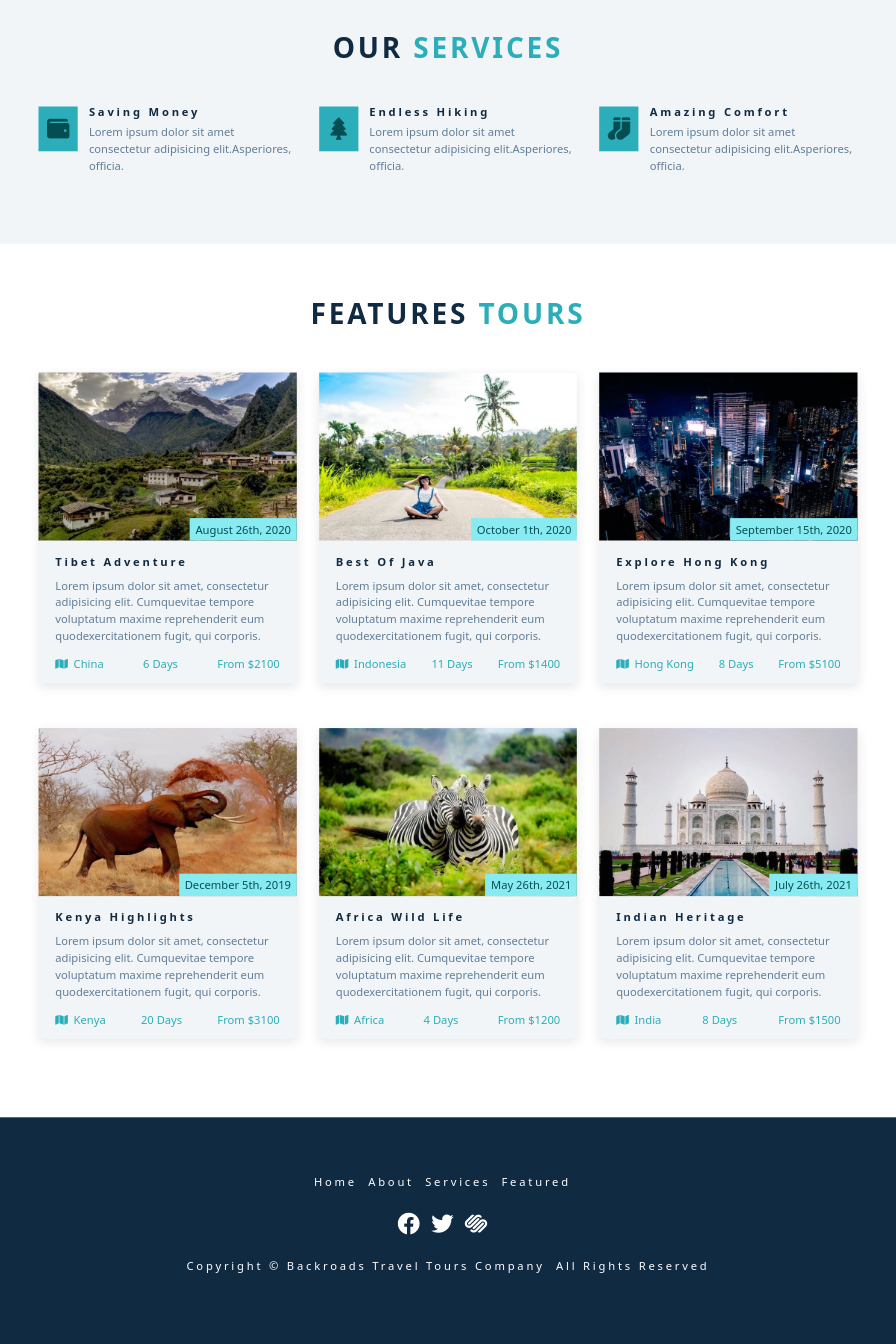
Repository: shivyank121/backRoad-app
Page: /
These files come from the project's save history. The page is drawn as it stood at one moment and after the next save; the edit follows.
The browser window is 1280 px wide. The pictures show the part of the page from y = 1443 to 3363 px (the page is 3363 px tall), at 70% of full size.
Some web libraries are served in a nearby version. The project was rebuilt for these pictures with package versions that can differ from the ones it lists, and the page was loaded fresh each time.

Above is the page before, as saved 2023-08-21 01:43:43.

### public/index.html
<!DOCTYPE html>
<html lang="en">
  <head>
    <meta charset="utf-8" />
    <link rel="icon" href="%PUBLIC_URL%/favicon.ico" />
    <meta name="viewport" content="width=device-width, initial-scale=1" />
    <meta name="theme-color" content="#000000" />
    <meta
      name="description"
      content="Web site created using create-react-app"
    />
    <link rel="apple-touch-icon" href="%PUBLIC_URL%/logo192.png" />
    <!--
      manifest.json provides metadata used when your web app is installed on a
      user's mobile device or desktop. See https://developers.google.com/web/fundamentals/web-app-manifest/
    -->
    <link rel="manifest" href="%PUBLIC_URL%/manifest.json" />
    <!--
      Notice the use of %PUBLIC_URL% in the tags above.
      It will be replaced with the URL of the `public` folder during the build.
      Only files inside the `public` folder can be referenced from the HTML.

      Unlike "/favicon.ico" or "favicon.ico", "%PUBLIC_URL%/favicon.ico" will
      work correctly both with client-side routing and a non-root public URL.
      Learn how to configure a non-root public URL by running `npm run build`.
    -->

    <link
    rel="stylesheet"
    href="https://cdnjs.cloudflare.com/ajax/libs/font-awesome/5.12.0/css/all.min.css"
    integrity="sha512-c93ifPoTvMdEJH/rKIcBx//AL1znq9+4/RmMGafI/vnTFe/dKwnn1uoeszE2zJBQTS1Ck5CqSBE+34ng2PthJg=="
    crossorigin="anonymous"
    referrerpolicy="no-referrer"
  />

    <title>Backroad </title>
  </head>
  <body>
    <noscript>You need to enable JavaScript to run this app.</noscript>
    <div id="root"></div>
    <!--
      This HTML file is a template.
      If you open it directly in the browser, you will see an empty page.

      You can add webfonts, meta tags, or analytics to this file.
      The build step will place the bundled scripts into the <body> tag.

      To begin the development, run `npm start` or `yarn start`.
      To create a production bundle, use `npm run build` or `yarn build`.
    -->
  </body>
</html>

### src/App.js
import { About } from "./components/About";
import { Footer } from "./components/Footer";
import { Hero } from "./components/Hero";
import { Navbar } from "./components/Navbar";
import { Services } from "./components/Services";
import { Tours } from "./components/Tours";

function App() {
  return (
    <>
      <Navbar />
      <Hero />
      <About />
      <Services />
      <Tours />
      <Footer />
    </>
  );
}

export default App;

### src/components/About.js
import React from 'react'
import aboutImg from "../images/about.jpeg"
import Title from './Title'

export const About = () => {
  return (

    <section className="section" id="about">

        <Title title='about' subtitle='us' />

      <div className="section-center about-center">
        <div className="about-img">
          <img
            src={aboutImg}
            className="about-photo"
            alt="awesome beach"
          />
        </div>
        <article className="about-info">
          <h3>explore the difference</h3>
          <p>
            Lorem ipsum, dolor sit amet consectetur adipisicing elit. Aspernatur
            quisquam harum nam cumque temporibus explicabo dolorum sapiente odio
            unde dolor?
          </p>
          <p>
            Lorem ipsum, dolor sit amet consectetur adipisicing elit. Aspernatur
            quisquam harum nam cumque temporibus explicabo dolorum sapiente odio
            unde dolor?
          </p>
          <a href="#to" className="btn"  >read more</a>
        </article>
      </div>
    </section>
  )
}

### src/components/Footer.js
import React from 'react'
import { pageLinks, socialLinks } from "../data";

export const Footer = () => {
  return (
    <footer className="section footer">
    <ul className="footer-links">
      <li>
        <a href="#home" className="footer-link">home</a>
      </li>
      <li>
        <a href="#about" className="footer-link">about</a>
      </li>
      <li>
        <a href="#services" className="footer-link">services</a>
      </li>
      <li>
        <a href="#featured" className="footer-link">featured</a>
      </li>
    </ul>
    <ul className="footer-icons">
      <li>
        <a href="https://www.twitter.com" target="_blank" className="footer-icon"
          ><i className="fab fa-facebook"></i
        ></a>
      </li>
      <li>
        <a href="https://www.twitter.com" target="_blank" className="footer-icon"
          ><i className="fab fa-twitter"></i
        ></a>
      </li>
      <li>
        <a href="https://www.twitter.com" target="_blank" className="footer-icon"
          ><i className="fab fa-squarespace"></i
        ></a>
      </li>
    </ul>
    <p className="copyright">
      copyright &copy; Backroads travel tours company
      <span id="date"></span> all rights reserved
    </p>
  </footer>
  )
}

### src/components/Hero.js
import React from 'react'

export const Hero = () => {
  return (
    <section className="hero" id="home">
      <div className="hero-banner">
        <h1>Welcome to Backroad App</h1>
        <p>
          Lorem ipsum dolor sit amet consectetur adipisicing elit. Vitae
          explicabo debitis est autem dicta.
        </p>
        <a href="#tours" className="btn hero-btn">explore tours</a>
      </div>
    </section>

  )
}

### src/components/Navbar.js
import React from "react";
import logo from "../images/logo.svg";
import { pageLinks, socialLinks } from "../data";

export const Navbar = () => {
  return (
    <nav className="navbar">
      <div className="nav-center">
        <div className="nav-header">
          <img src={logo} className="nav-logo" alt="backroads" />
          <button type="button" className="nav-toggle" id="nav-toggle">
            <i className="fas fa-bars"></i>
          </button>
        </div>
        {/* <!-- left this comment on purpose --> */}
        <ul className="nav-links" id="nav-links">
          {pageLinks.map((link) => {
            return (
              <li key={link.id}>
                <a href={link.href} className="nav-link">
                  {link.text}

                </a>
              </li>
            );
          })}


        </ul>

        <ul className="nav-icons">

            {socialLinks.map((link)=>{
                 const {id, href, icon} = link
                 return(
                    <li key={id}>
                    <a
                      href={href}
                      target="_blank"
                      rel="noreferrer"
                      className="nav-icon"
                    >
                      <i className={icon}></i>
                    </a>
                  </li>
                 )
            })}


        </ul>
      </div>
    </nav>
  );
};

### src/components/Services.js
import React from 'react'
import Title from './Title'
import {services} from '../data.js'

export const Services = () => {
  return (
    <section className="section services" id="services">
      <div className="section-title">

      <Title title='Our' subtitle='services' />
      </div>
      <div className="section-center services-center">

        {services.map((service)=>{
          const {id, icon, title, text} = service;

          return (
            <article className="service" key={id}>
            <span className="service-icon"><i className={icon}></i></span>
            <div className="service-info">
              <h4 className="service-title">{title}</h4>
              <p className="service-text">
                {text}
              </p>
            </div>
          </article>
          )
        })}



      </div>
    </section>
  )
}

### src/components/Tours.js
import React from 'react'
import Title from './Title'
import { tours } from '../data'

export const Tours = () => {
  return (
    <section className="section" id="tours">
    <div className="section-title">
    <Title title='Features' subtitle='tours' />
    </div>

    <div className="section-center featured-center">

      {tours.map((tour)=>{
     const {id, img, date,title,info, location,duration,price} = tour
      return(
        <article className="tour-card" key={id}>
        <div className="tour-img-container">
          <img src={img} className="tour-img" alt="" />
          <p className="tour-date">{date}</p>
        </div>
        <div className="tour-info">
          <div className="tour-title">
            <h4>{title}</h4>
          </div>
          <p>
            {info}
          </p>
          <div className="tour-footer">
            <p>
              <span><i className="fas fa-map"></i></span> {location}
            </p>
            <p>{duration}</p>
            <p>{price}</p>
          </div>
        </div>
      </article>
      )
      })}


    </div>
  </section>
  )
}

### src/components/Title.js
import React from 'react'

const Title = ({title, subtitle}) => {
  return (
    <div className="section-title">
        <h2>{title} <span>{subtitle}</span></h2>
      </div>
  )
}

export default Title

### src/data.js
import tour1 from './images/tour-1.jpeg'
import tour2 from './images/tour-2.jpeg'
import tour3 from './images/tour-3.jpeg'
import tour4 from './images/tour-4.jpeg'
import tour5 from './images/tour-5.jpeg'
import tour6 from './images/tour-6.jpeg'




export const pageLinks = [
  { id: 1, href: "#home", text: "home" },
  { id: 2, href: "#about", text: "about" },
  { id: 3, href: "#services", text: "services" },
  { id: 4, href: "#tours", text: "tours" },
];

export const socialLinks = [
  { id: 1, href: "https://www.twitter.com", icon: "fab fa-facebook" },
  { id: 2, href: "https://www.twitter.com", icon: "fab fa-twitter" },
  { id: 3, href: "https://www.twitter.com", icon: "fab fa-squarespace" },
];

export const services = [
  {
    id: 1,
    icon: "fas fa-wallet fa-fw",
    title: "saving money",
    text: "  Lorem ipsum dolor sit amet consectetur adipisicing elit.Asperiores, officia.",
  },
  {
    id: 2,
    icon: "fas fa-tree fa-fw",
    title: "endless hiking",
    text: "  Lorem ipsum dolor sit amet consectetur adipisicing elit.Asperiores, officia.",
  },
  {
    id: 3,
    icon: "fas fa-socks fa-fw",
    title: "amazing comfort",
    text: "  Lorem ipsum dolor sit amet consectetur adipisicing elit.Asperiores, officia.",
  },

];

export const tours = [
{
    id:1,
    img:tour1,
    date:'august 26th, 2020',
    title:'Tibet Adventure',
    info:'  Lorem ipsum dolor sit amet, consectetur adipisicing elit. Cumquevitae tempore voluptatum maxime reprehenderit eum quodexercitationem fugit, qui corporis.',
    location:'china',
    duration:'6 days',
    price:'from $2100',

},
{
    id:2,
    img:tour2,
    date:'october 1th, 2020',
    title:'best of java',
    info:'  Lorem ipsum dolor sit amet, consectetur adipisicing elit. Cumquevitae tempore voluptatum maxime reprehenderit eum quodexercitationem fugit, qui corporis.',
    location:'indonesia',
    duration:'11 days',
    price:'from $1400',

},
{
    id:3,
    img:tour3,
    date:'september 15th, 2020',
    title:' explore hong kong',
    info:'  Lorem ipsum dolor sit amet, consectetur adipisicing elit. Cumquevitae tempore voluptatum maxime reprehenderit eum quodexercitationem fugit, qui corporis.',
    location:' hong kong',
    duration:'8 days',
    price:'from $5100',

},
{
    id:4,
    img:tour4,
    date:'december 5th, 2019',
    title:'kenya highlights',
    info:'  Lorem ipsum dolor sit amet, consectetur adipisicing elit. Cumquevitae tempore voluptatum maxime reprehenderit eum quodexercitationem fugit, qui corporis.',
    location:'kenya',
    duration:'20 days',
    price:'from $3100',

},
{
    id:5,
    img:tour5,
    date:'May 26th, 2021',
    title:'Africa Wild life',
    info:'  Lorem ipsum dolor sit amet, consectetur adipisicing elit. Cumquevitae tempore voluptatum maxime reprehenderit eum quodexercitationem fugit, qui corporis.',
    location:'Africa',
    duration:'4 days',
    price:'from $1200',

},
{
    id:6,
    img:tour6,
    date:'july 26th, 2021',
    title:'Indian Heritage',
    info:'  Lorem ipsum dolor sit amet, consectetur adipisicing elit. Cumquevitae tempore voluptatum maxime reprehenderit eum quodexercitationem fugit, qui corporis.',
    location:'India',
    duration:'8 days',
    price:'from $1500',

}

]

Loaded but not shown: src/index.js (common file); src/index.css (common file)

After the next save:
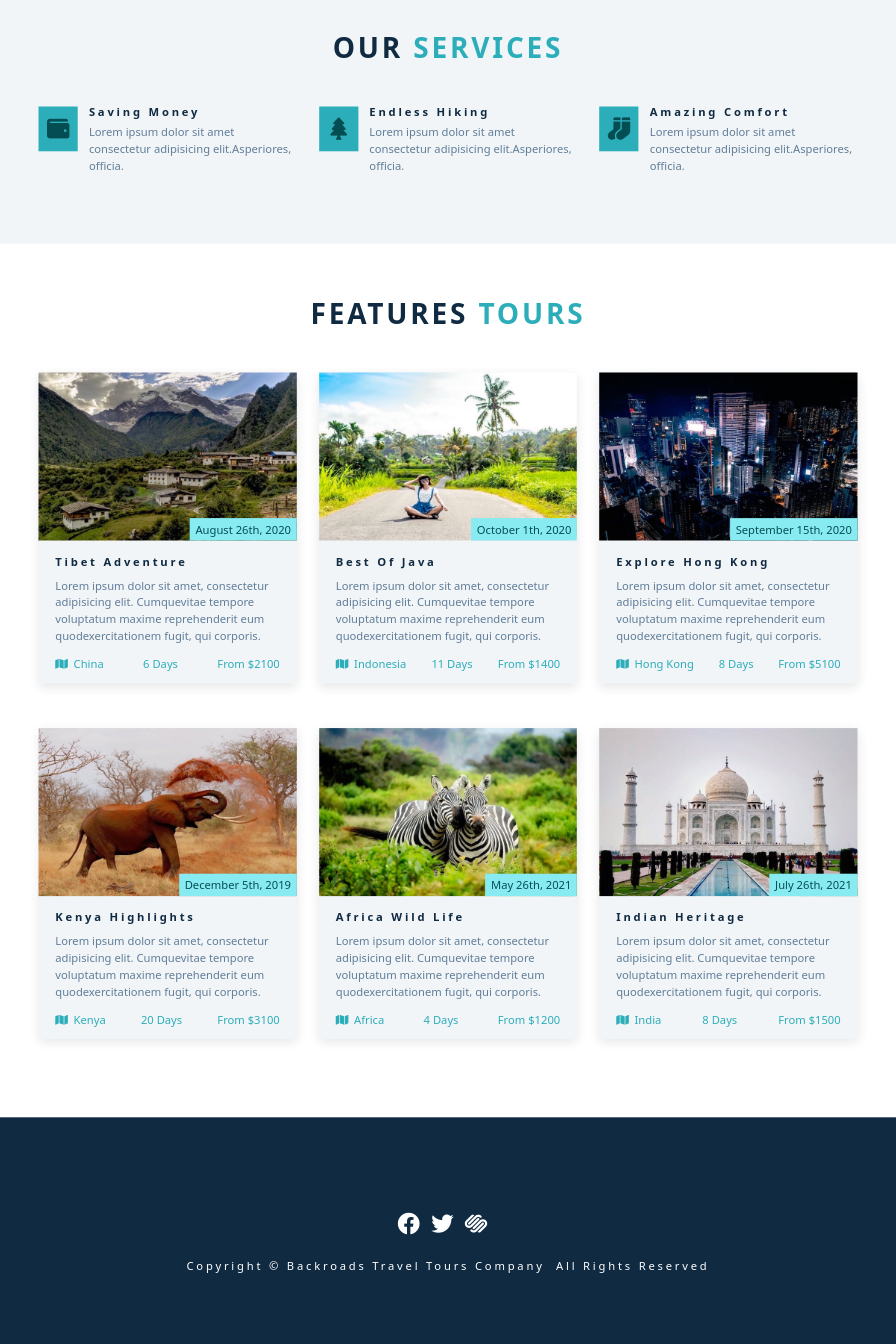
Saved 27 s later.
--- a/src/components/Footer.js
+++ b/src/components/Footer.js
@@ -5,18 +5,17 @@ export const Footer = () => {
   return (
     <footer className="section footer">
     <ul className="footer-links">
-      <li>
-        <a href="#home" className="footer-link">home</a>
-      </li>
-      <li>
-        <a href="#about" className="footer-link">about</a>
-      </li>
-      <li>
-        <a href="#services" className="footer-link">services</a>
-      </li>
-      <li>
-        <a href="#featured" className="footer-link">featured</a>
-      </li>
+    {pageLinks.map((link) => {
+            return (
+              <li key={link.id}>
+                <a href={link.href} className="nav-link">
+                  {link.text}
+
+                </a>
+              </li>
+            );
+          })}
+
     </ul>
     <ul className="footer-icons">
       <li>
